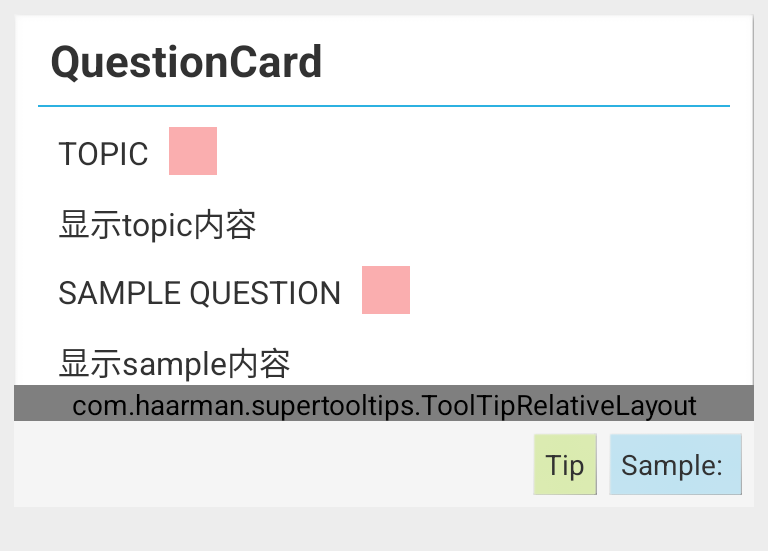
Repository: hellcan/privateReader
Layout: ToeflWrittingAssistant/res/layout/topic_listview_item_detail_activity.xml
The author's editor kept a copy of each file at every save. The layout is drawn from the files as they stood at one save, then again after the next save.
The pictures show rows 0 to 551 of an output 1280 px tall.
Pictures or frames that could not be fetched are drawn as grey boxes. It is drawn on a 768 x 1280 px phone screen (xhdpi) without system bars, with theme AppTheme; the app's code is not run.

Above is the layout before, as saved 2014-04-28 09:12:44.

### ToeflWrittingAssistant/res/layout/topic_listview_item_detail_activity.xml
<?xml version="1.0" encoding="utf-8"?>
<ScrollView xmlns:android="http://schemas.android.com/apk/res/android"
    android:id="@+id/ScrollView"
    android:layout_width="fill_parent"
    android:layout_height="wrap_content"
    android:scrollbars="vertical">
<LinearLayout
    android:layout_width="match_parent"
    android:layout_height="wrap_content"
    android:descendantFocusability="blocksDescendants"
    android:background="@color/grey_background_darklevel1"
    android:padding="7dp"
    android:orientation="vertical">

    <RelativeLayout
        android:layout_width="match_parent"
        android:layout_height="wrap_content"
        android:background="@drawable/card_background_for_list_selector" >

        <TextView
            android:id="@+id/item_detail_questioncard_introduction"
            android:layout_width="wrap_content"
            android:layout_height="wrap_content"
            android:layout_alignParentLeft="true"
            android:layout_alignParentTop="true"
            android:layout_marginLeft="18dp"
            android:layout_marginTop="8dp"
            android:text="QuestionCard"
            android:textSize="22sp"
            android:textStyle="bold" />

        <TextView
            android:id="@+id/item_detail_line"
            android:layout_width="match_parent"
            android:layout_height="1dp"
            android:layout_below="@id/item_detail_questioncard_introduction"
            android:layout_marginLeft="12dp"
            android:layout_marginRight="12dp"
            android:layout_marginTop="8dp"
            android:background="#2CB1E1" />

        <TextView
            android:id="@+id/item_detail_topic"
            android:layout_width="wrap_content"
            android:layout_height="wrap_content"
            android:layout_below="@id/item_detail_line"
            android:layout_marginLeft="22dp"
            android:layout_marginRight="10dp"
            android:layout_marginTop="12dp"
            android:ellipsize="end"
            android:maxLines="4"
            android:text="TOPIC"
            android:textSize="16sp" />

        <ImageButton
            android:id="@+id/item_detail_button1"
            android:layout_width="wrap_content"
            android:layout_height="wrap_content"
            android:layout_below="@id/item_detail_line"
            android:layout_marginRight="18dp"
            android:layout_marginTop="10dp"
            android:layout_toRightOf="@id/item_detail_topic"
            android:background="@color/red_3"
            android:focusable="false"
            android:paddingBottom="12dp"
            android:paddingLeft="12dp"
            android:paddingRight="12dp"
            android:paddingTop="12dp" />

        <TextView
            android:id="@+id/item_detail_topic_description"
            android:layout_width="wrap_content"
            android:layout_height="wrap_content"
            android:layout_below="@id/item_detail_topic"
            android:layout_marginLeft="22dp"
            android:layout_marginRight="10dp"
            android:layout_marginTop="12dp"
            android:ellipsize="end"
            android:maxLines="4"
            android:text="显示topic内容"
            android:textSize="16sp" />

        <TextView
            android:id="@+id/item_detail_sample"
            android:layout_width="wrap_content"
            android:layout_height="wrap_content"
            android:layout_below="@id/item_detail_topic_description"
            android:layout_marginLeft="22dp"
            android:layout_marginRight="10dp"
            android:layout_marginTop="12dp"
            android:ellipsize="end"
            android:maxLines="4"
            android:text="SAMPLE QUESTION"
            android:textSize="16sp" />

        <ImageButton
            android:id="@+id/item_detail_button2"
            android:layout_width="wrap_content"
            android:layout_height="wrap_content"
            android:layout_below="@id/item_detail_topic_description"
            android:layout_marginRight="18dp"
            android:layout_marginTop="10dp"
            android:layout_toRightOf="@id/item_detail_sample"
            android:background="@color/red_3"
            android:focusable="false"
            android:paddingBottom="12dp"
            android:paddingLeft="12dp"
            android:paddingRight="12dp"
            android:paddingTop="12dp" />

        <TextView
            android:id="@+id/item_detail_sample_question_description"
            android:layout_width="wrap_content"
            android:layout_height="wrap_content"
            android:layout_below="@id/item_detail_sample"
            android:layout_marginLeft="22dp"
            android:layout_marginRight="10dp"
            android:layout_marginTop="12dp"
            android:ellipsize="end"
            android:maxLines="10"
            android:text="显示sample内容"
            android:textSize="16sp" />

        <com.haarman.supertooltips.ToolTipRelativeLayout
            android:id="@+id/topic_tooltipframelayout"
            android:layout_width="match_parent"
            android:layout_height="match_parent"
            android:layout_below="@id/item_detail_sample_question_description"
            />

        <RelativeLayout
            android:id="@+id/relative"
            android:layout_width="match_parent"
            android:layout_height="wrap_content"
            android:layout_below="@id/item_detail_sample_question_description"
            android:layout_marginTop="18dp"
            android:background="@color/grey_1"
            android:padding="6dp" >

            <TextView
                android:id="@+id/item_detail_sample_total"
                android:layout_width="wrap_content"
                android:layout_height="wrap_content"
                android:layout_alignParentRight="true"
                android:layout_alignParentTop="true"
                android:background="@drawable/sample_button_background_selector"
                android:padding="6dp"
                android:text="Sample: " />

            <TextView
                android:id="@+id/item_detail_tip"
                android:layout_width="wrap_content"
                android:layout_height="wrap_content"
                android:layout_marginRight="6dp"
                android:layout_toLeftOf="@id/item_detail_sample_total"
                android:background="@drawable/tip_button_background_selector"
                android:padding="6dp"
                android:text="Tip" />
        </RelativeLayout>
    </RelativeLayout>

        <RelativeLayout
            android:id="@+id/item_detail_tag_area"
            android:layout_width="match_parent"
            android:layout_height="150dp"
            android:layout_marginTop="22dp"
            android:background="@drawable/card_background_for_list_selector" >

            <TextView
            android:id="@+id/item_detail_tag"
            android:layout_width="wrap_content"
            android:layout_height="wrap_content"
            android:layout_marginLeft="22dp"
            android:layout_marginRight="10dp"
            android:layout_marginTop="12dp"
            android:ellipsize="end"
            android:maxLines="4"
            android:textSize="16sp"
            android:text="TAG"/>

        <ImageButton
            android:id="@+id/item_detail_button3"
            android:layout_width="wrap_content"
            android:layout_height="wrap_content"
            android:layout_toRightOf="@id/item_detail_tag"
            android:layout_marginRight="18dp"
            android:layout_marginTop="10dp"
            android:background="@color/red_3"
            android:focusable="false"
            android:paddingBottom="12dp"
            android:paddingLeft="12dp"
            android:paddingRight="12dp"
            android:paddingTop="12dp" />

        <TextView
            android:id="@+id/item_detail_tag_line"
            android:layout_width="match_parent"
            android:layout_height="1dp"
            android:layout_below="@id/item_detail_tag"
            android:layout_marginLeft="12dp"
            android:layout_marginRight="12dp"
            android:layout_marginTop="8dp"
            android:background="#2CB1E1" />

        <TextView
                android:id="@+id/tag1"
                android:layout_width="wrap_content"
                android:layout_height="wrap_content"
                android:layout_below="@id/item_detail_tag_line"
                android:layout_alignParentLeft="true"
                android:background="@drawable/tag_button_background_selector"
                android:layout_marginLeft="22dp"
                android:layout_marginTop="12dp"
                android:layout_marginRight="3dp"
                android:layout_marginBottom="3dp"
                android:padding="6dp"
                android:text="显示tag1"
                />

            <TextView
                android:id="@+id/tag2"
                android:layout_width="wrap_content"
                android:layout_height="wrap_content"
                android:layout_marginTop="12dp"
                android:layout_marginLeft="3dp"
                android:layout_marginRight="3dp"
                android:layout_marginBottom="3dp"
                android:layout_below="@id/item_detail_tag_line"
                android:layout_toRightOf="@+id/tag1"
                android:background="@drawable/tag_button_background_selector"
                android:padding="6dp"
                android:text="显示tag2"
                 />
             <TextView
                android:id="@+id/tag3"
                android:layout_width="wrap_content"
                android:layout_height="wrap_content"
                android:layout_marginTop="12dp"
                android:layout_marginLeft="3dp"
                android:layout_marginBottom="3dp"
                android:layout_below="@id/item_detail_tag_line"
                android:layout_toRightOf="@+id/tag2"
                android:background="@drawable/tag_button_background_selector"
                android:padding="6dp"
                android:text="显示tag3"
                />
                <TextView
                android:id="@+id/tag4"
                android:layout_width="wrap_content"
                android:layout_height="wrap_content"
                android:layout_marginLeft="22dp"
                android:layout_marginTop="3dp"
                android:layout_marginRight="3dp"
                android:layout_marginBottom="3dp"
                android:layout_below="@id/tag1"
                android:background="@drawable/tag_button_background_selector"
                android:padding="6dp"
                android:text="显示tag4"
                 />
                <TextView
                android:id="@+id/tag5"
                android:layout_width="wrap_content"
                android:layout_height="wrap_content"
                android:layout_margin="3dp"
                android:layout_toRightOf="@+id/tag4"
                android:layout_below="@id/tag2"
                android:background="@drawable/tag_button_background_selector"
                android:padding="6dp"
                android:text="显示tag5"
                />
                <TextView
                android:id="@+id/tag6"
                android:layout_width="wrap_content"
                android:layout_height="wrap_content"
                android:layout_marginTop="3dp"
                android:layout_marginLeft="3dp"
                android:layout_marginBottom="3dp"
                android:layout_toRightOf="@+id/tag5"
                android:layout_below="@id/tag3"
                android:background="@drawable/tag_button_background_selector"
                android:padding="6dp"
                android:text="显示tag6"
                 />
                <TextView
                android:id="@+id/tag7"
                android:layout_width="wrap_content"
                android:layout_height="wrap_content"
                android:layout_marginLeft="22dp"
                android:layout_marginTop="3dp"
                android:layout_marginRight="3dp"
                android:layout_marginBottom="3dp"
                android:layout_below="@id/tag4"
                android:background="@drawable/tag_button_background_selector"
                android:padding="6dp"
                android:text="显示tag7"
                 />

                <TextView
                     android:id="@+id/tag8"
                     android:layout_width="wrap_content"
                     android:layout_height="wrap_content"
                     android:layout_margin="3dp"
                     android:layout_toRightOf="@+id/tag4"
                     android:layout_below="@id/tag5"
                     android:background="@drawable/tag_button_background_selector"
                     android:padding="6dp"
                     android:text="显示tag8"
                />

                <TextView
                     android:id="@+id/tag9"
                     android:layout_width="wrap_content"
                     android:layout_height="wrap_content"
                     android:layout_margin="3dp"
                     android:layout_toRightOf="@+id/tag5"
                     android:layout_below="@id/tag6"
                     android:background="@drawable/tag_button_background_selector"
                     android:padding="6dp"
                     android:text="显示tag9"
                 />

               <com.haarman.supertooltips.ToolTipRelativeLayout
                   android:id="@+id/tag_tooltipframelayout"
                   android:layout_width="match_parent"
                   android:layout_height="match_parent" />




   </RelativeLayout>
</LinearLayout>
</ScrollView>

### ToeflWrittingAssistant/res/values/colors.xml
<?xml version="1.0" encoding="utf-8"?>
<resources>

    <color name="yellow_normal">#FFBB33</color>
    <color name="red_normal">#FF4444</color>
    <color name="blue_normal">#33B5E5</color>
    <color name="green_normal">#99CC00</color>
    <color name="purple_normal">#AA66CC</color>
    <color name="blue_dark">#0099CC</color>
    <color name="purple_dark">#9933CC</color>
    <color name="green_dark">#669900</color>
    <color name="yellow_dark">#FF8800</color>
    <color name="red_dark">#CC0000</color>
    <color name="grey_actionbar_darklevel2">#DDDDDD</color>
    <color name="grey_background_darklevel1">#EDEDED</color>
    <color name="grey_tab_darklevel3">#C6C6C6</color>
    <color name="grey_font_darklevel4">#3D3D3D</color>
    <color name="white_pure">#FFFFFF</color>
    <color name="white_dark">#F7F7F7</color>
    <color name="blue_1">#E4F4FB</color>
    <color name="blue_2">#C8EAF8</color>
    <color name="blue_3">#AEDFF3</color>
    <color name="blue_4">#92D5EF</color>
    <color name="blue_5">#79CAEB</color>
    <color name="purple_1">#F4EAFA</color>
    <color name="purple_2">#E4C9F1</color>
    <color name="purple_3">#DCBBED</color>
    <color name="purple_4">#D4ABE9</color>
    <color name="purple_5">#CD9DE5</color>
    <color name="green_1">#F0F8DC</color>
    <color name="green_2">#E2F1B8</color>
    <color name="green_3">#D3EA96</color>
    <color name="green_4">#C6E374</color>
    <color name="green_5">#B7DC54</color>
    <color name="yellow_1">#FEF6E0</color>
    <color name="yellow_2">#FDECC2</color>
    <color name="yellow_3">#FCE3A3</color>
    <color name="yellow_4">#FBD984</color>
    <color name="yellow_5">#FBD066</color>
    <color name="red_1">#FDE4E4</color>
    <color name="red_2">#FBC9CA</color>
    <color name="red_3">#FAAEAF</color>
    <color name="red_4">#F99294</color>
    <color name="red_5">#F87679</color>
    <color name="grey_1">#F5F5F5</color>
    <color name="grey_2">#E8E8E8</color>
    <color name="grey_3">#DBDBDB</color>
    <color name="grey_4">#C9C9C9</color>
    <color name="grey_5">#C0C0C0</color>
    <color name="transparent">#00000000</color>
    <color name="background_window">#FFE5E5E5</color>
    <color name="Grey">#BEBEBE</color>
    <color name="LightGrey">#D3D3D3</color>


    <color name="umeng_fb_color_btn_pressed">#C0C0C0</color>
    <color name="umeng_fb_color_btn_normal">#0099CC</color>





</resources>

### ToeflWrittingAssistant/res/drawable-hdpi/card_background_for_list_selector.xml
<?xml version="1.0" encoding="utf-8"?>
<selector xmlns:android="http://schemas.android.com/apk/res/android" >
    <item
        android:state_pressed="true"
        android:drawable="@drawable/card_background_for_list_pressed"
        ></item>
    <item
        android:drawable="@drawable/card_background_for_list_default"></item>

</selector>

### ToeflWrittingAssistant/res/drawable/card_background_for_list_selector.xml
<?xml version="1.0" encoding="utf-8"?>
<selector xmlns:android="http://schemas.android.com/apk/res/android" >
    <item
        android:state_pressed="true"
        android:drawable="@drawable/card_background_for_list_pressed"
        ></item>
    <item
        android:drawable="@drawable/card_background_for_list_default"></item>

</selector>

### ToeflWrittingAssistant/res/drawable-hdpi/sample_button_background_selector.xml
<?xml version="1.0" encoding="utf-8"?>
<selector xmlns:android="http://schemas.android.com/apk/res/android" >
    <item
        android:state_pressed="true"
        android:drawable="@drawable/card_background_for_list_pressed"
        ></item>
    <item
        android:drawable="@drawable/sample_button_background_default"></item>

</selector>

### ToeflWrittingAssistant/res/drawable/sample_button_background_selector.xml
<?xml version="1.0" encoding="utf-8"?>
<selector xmlns:android="http://schemas.android.com/apk/res/android" >
    <item
        android:state_pressed="true"
        android:drawable="@drawable/card_background_for_list_pressed"
        ></item>
    <item
        android:drawable="@drawable/sample_button_background_default"></item>

</selector>

### ToeflWrittingAssistant/res/drawable-hdpi/tip_button_background_selector.xml
<?xml version="1.0" encoding="utf-8"?>
<selector xmlns:android="http://schemas.android.com/apk/res/android" >
    <item
        android:state_pressed="true"
        android:drawable="@drawable/card_background_for_list_pressed"
        ></item>
    <item
        android:drawable="@drawable/tip_button_background_default"></item>

</selector>

### ToeflWrittingAssistant/res/drawable/tip_button_background_selector.xml
<?xml version="1.0" encoding="utf-8"?>
<selector xmlns:android="http://schemas.android.com/apk/res/android" >
    <item
        android:state_pressed="true"
        android:drawable="@drawable/card_background_for_list_pressed"
        ></item>
    <item
        android:drawable="@drawable/tip_button_background_default"></item>

</selector>

### ToeflWrittingAssistant/res/drawable-hdpi/tag_button_background_selector.xml
<?xml version="1.0" encoding="utf-8"?>
<selector xmlns:android="http://schemas.android.com/apk/res/android" >
    <item
        android:state_pressed="true"
        android:drawable="@drawable/card_background_for_list_pressed"
        ></item>
    <item
        android:drawable="@drawable/tag_button_background_default"></item>

</selector>

### ToeflWrittingAssistant/res/drawable/tag_button_background_selector.xml
<?xml version="1.0" encoding="utf-8"?>
<selector xmlns:android="http://schemas.android.com/apk/res/android" >
    <item
        android:state_pressed="true"
        android:drawable="@drawable/card_background_for_list_pressed"
        ></item>
    <item
        android:drawable="@drawable/tag_button_background_default"></item>

</selector>

Loaded but not shown: ToeflWrittingAssistant/res/values/styles.xml (common file); ToeflWrittingAssistant/res/values-v11/styles.xml (common file); ToeflWrittingAssistant/res/values-v14/styles.xml (common file)

After the next save:
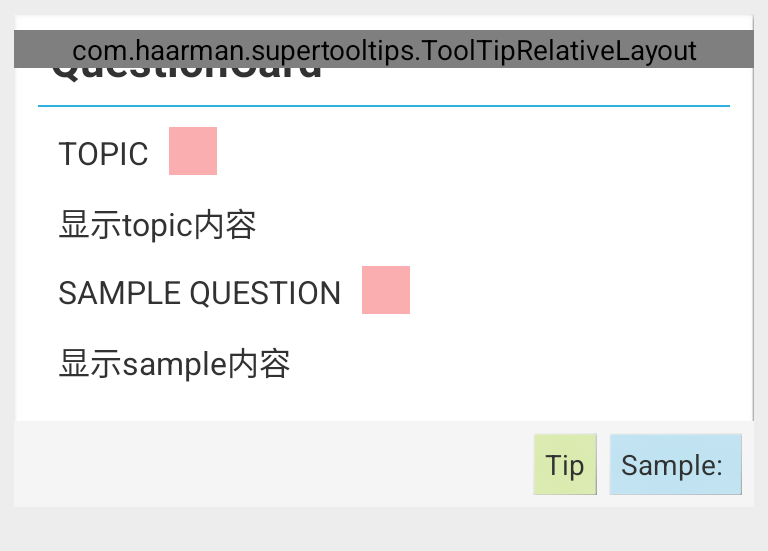
Saved 22 s later.
--- a/ToeflWrittingAssistant/res/layout/topic_listview_item_detail_activity.xml
+++ b/ToeflWrittingAssistant/res/layout/topic_listview_item_detail_activity.xml
@@ -125,8 +125,7 @@
             android:id="@+id/topic_tooltipframelayout"
             android:layout_width="match_parent"
             android:layout_height="match_parent"
-            android:layout_below="@id/item_detail_sample_question_description"
-            />
+            android:layout_alignTop="@+id/item_detail_questioncard_introduction" />
 
         <RelativeLayout
             android:id="@+id/relative"

After the save that followed:
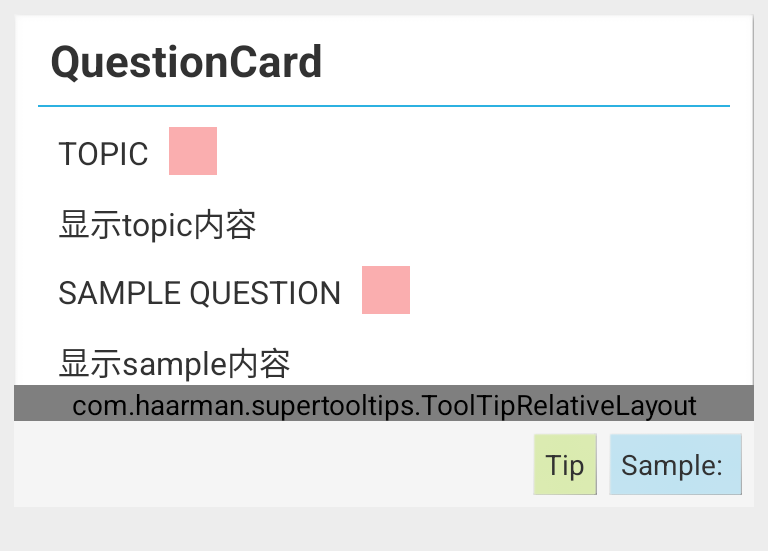
Saved 74 s later.
--- a/ToeflWrittingAssistant/res/layout/topic_listview_item_detail_activity.xml
+++ b/ToeflWrittingAssistant/res/layout/topic_listview_item_detail_activity.xml
@@ -125,7 +125,8 @@
             android:id="@+id/topic_tooltipframelayout"
             android:layout_width="match_parent"
             android:layout_height="match_parent"
-            android:layout_alignTop="@+id/item_detail_questioncard_introduction" />
+            android:layout_below="@id/item_detail_sample_question_description"
+            />
 
         <RelativeLayout
             android:id="@+id/relative"
